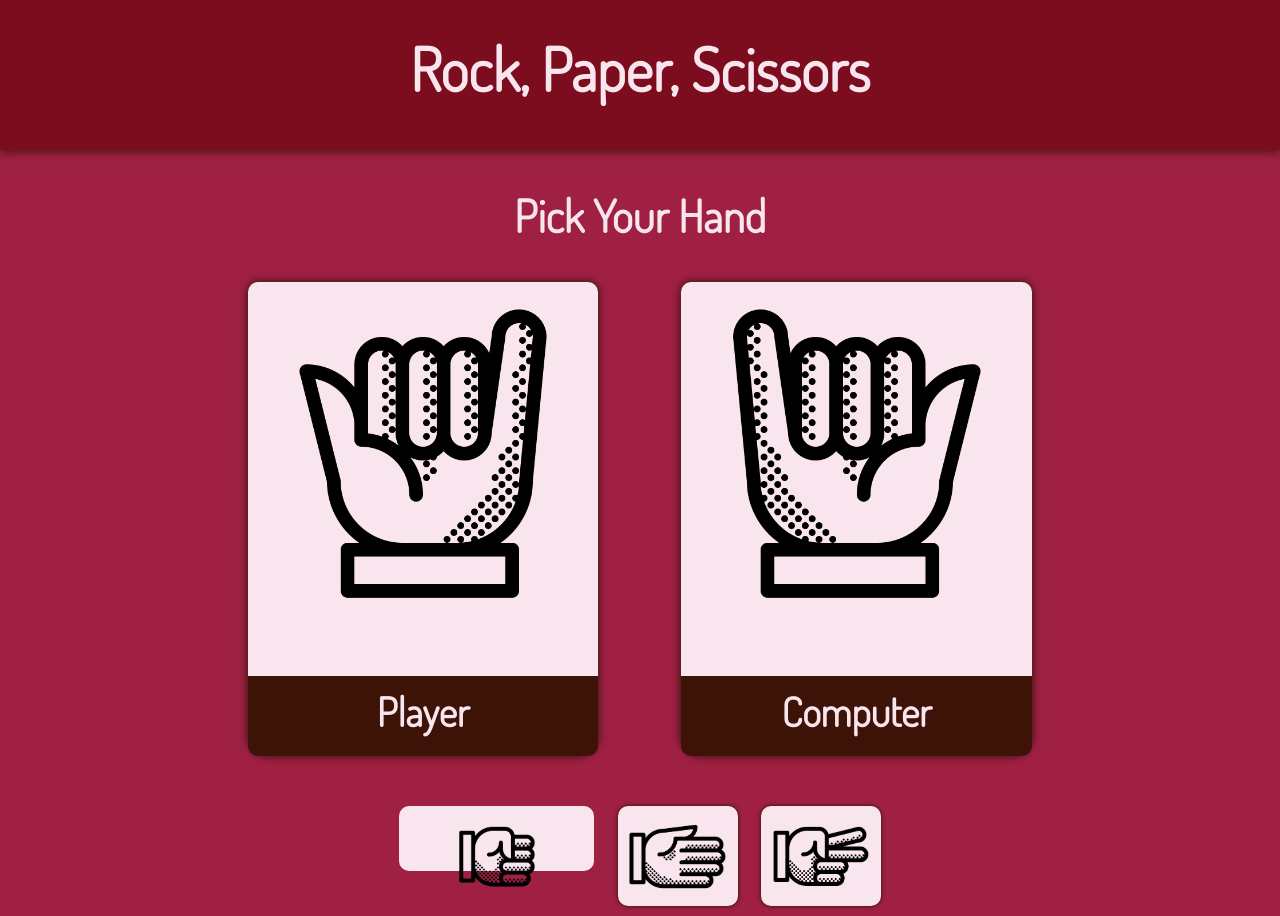
Repository: shayanabedi98/rock-paper-scissors
Page: index.html
These files come from the project's save history. The page is drawn as it stood at one moment and after the next save; the edit follows.
The browser window is 1280 px wide. The pictures show the whole page.
The first visible `#rock` is being pressed.

Above is the page before, as saved 2023-07-13 23:02:13.
Console error: TypeError: Cannot read properties of null (reading 'addEventListener')

After the next save:
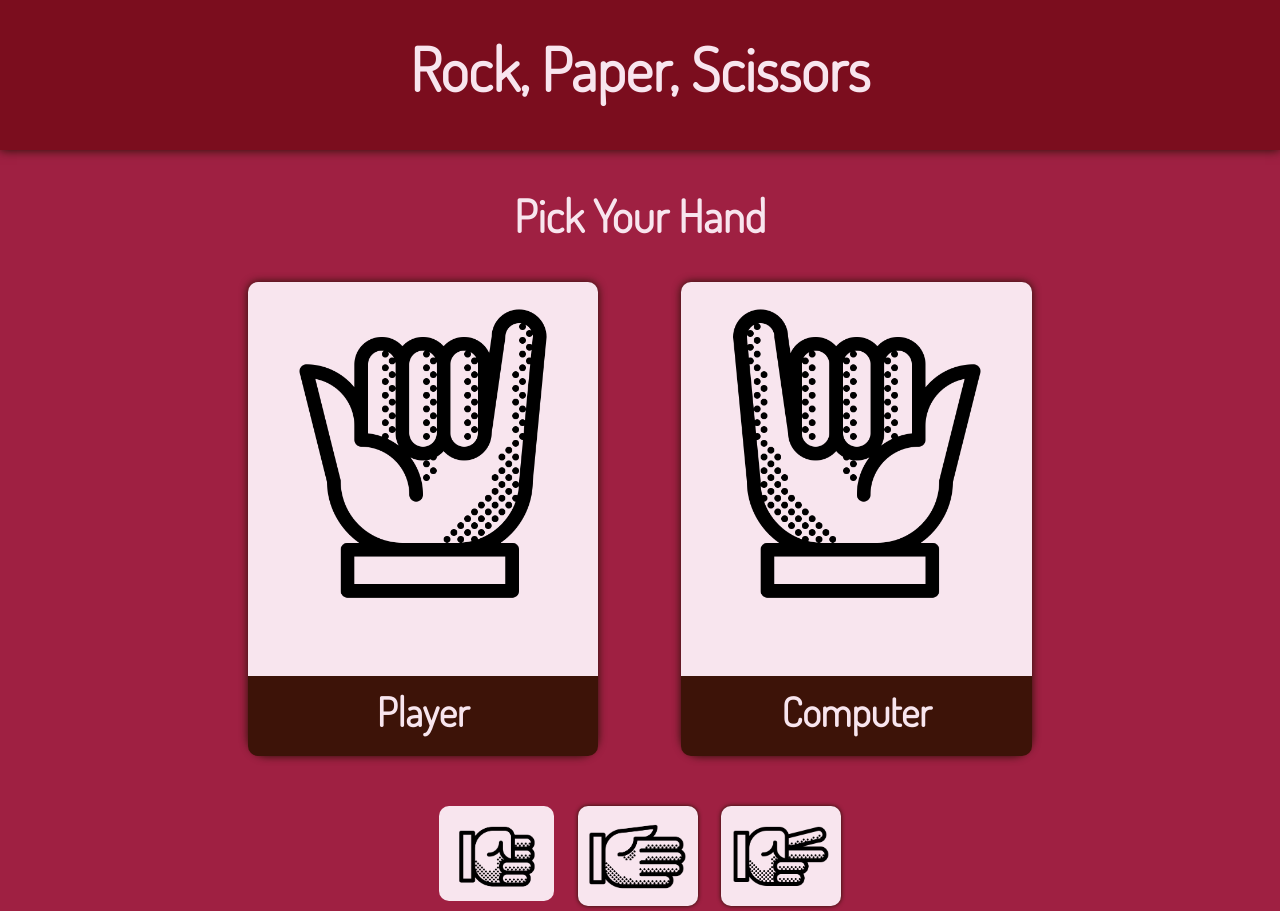
Saved 34 s later.
--- a/styles.css
+++ b/styles.css
@@ -77,7 +77,6 @@ h1 {
 
 #rock:active, #paper:active, #scissors:active {
     box-shadow: none;
-    font-size: 38px;
-    width: 195px;
-    height: 65px;
+    width: 115px;
+    height: 95px;
 }
